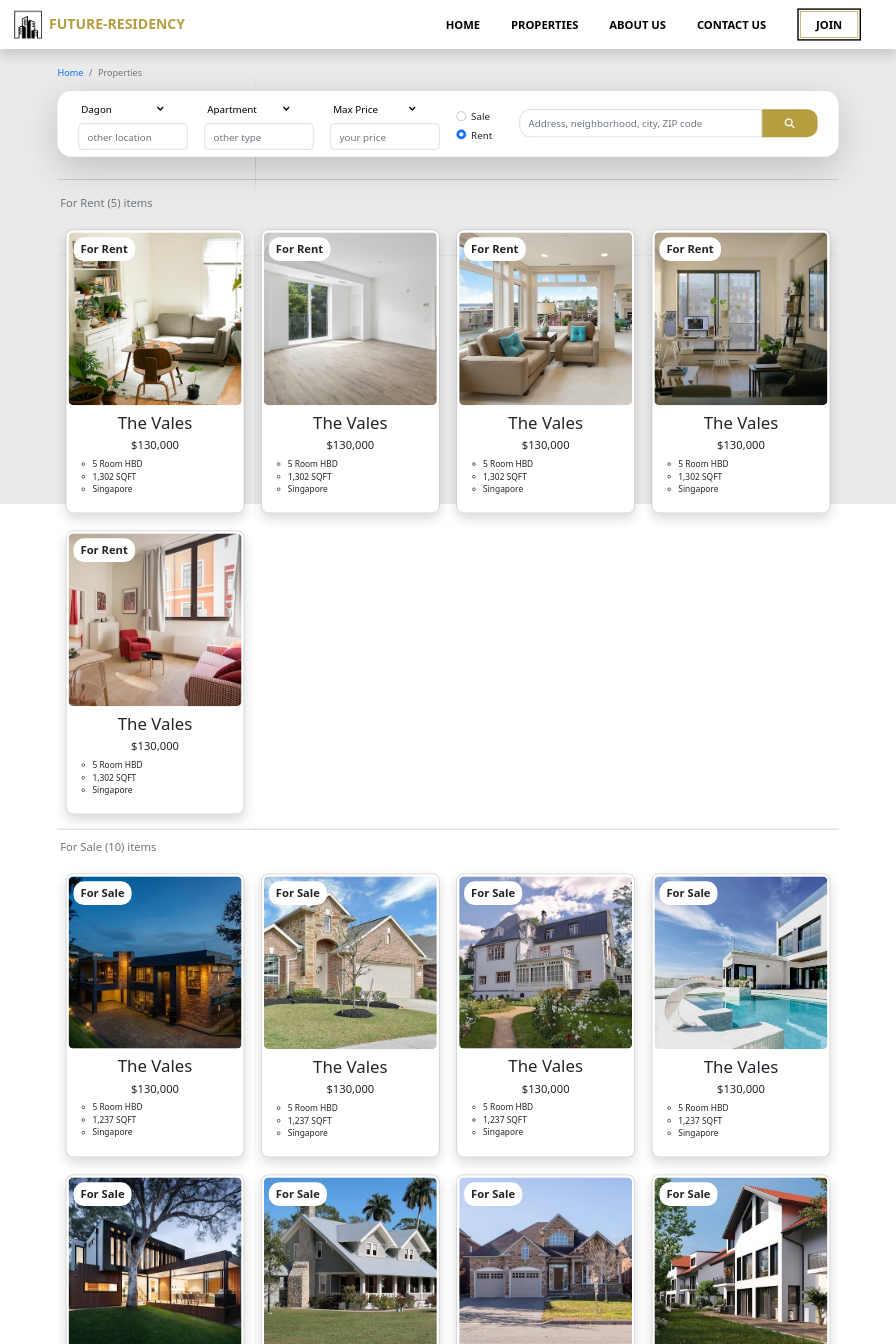
Repository: pyaestk/Future-residency
Page: properties.html
The author's editor kept a copy of each file at every save. The page is drawn from the files as they stood at one save, then again after the next save.
The browser window is 1280 px wide. The pictures show the part of the page from y = 0 to 1920 px (the page is 3007 px tall), at 70% of full size.

Above is the page before, as saved 2022-12-15 18:01:20.

After the next save:
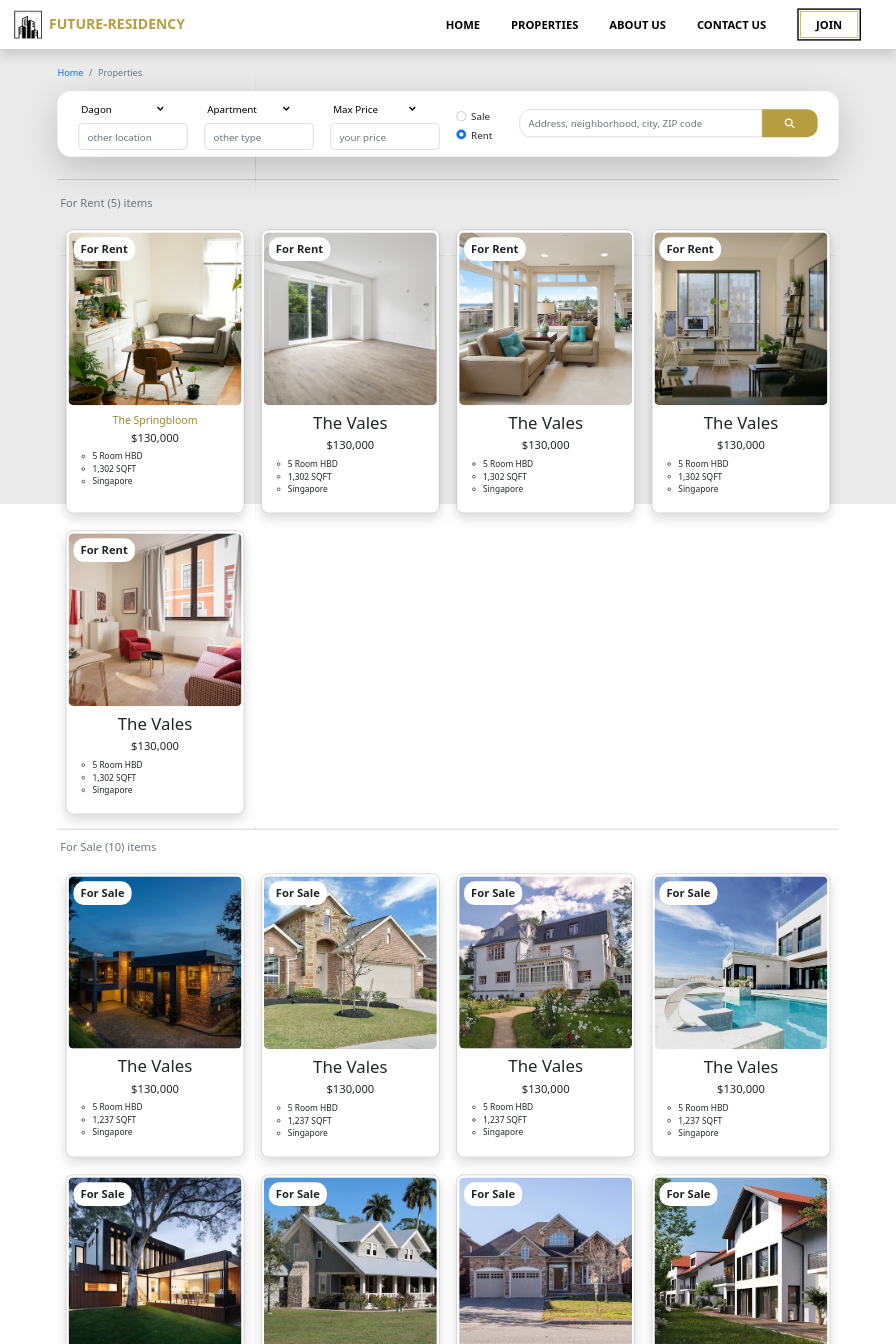
Saved 28 s later.
--- a/properties.html
+++ b/properties.html
@@ -155,7 +155,7 @@
               <div class="salecard-body">
                 <div class="row">
                   <div class="col-md-12 text-center">
-                    <h4>The Vales</h4>
+                    <h5>The Springbloom</h5>
                     <h6>$130,000</h6>
                   </div>
                   <div class="col-md-12">
